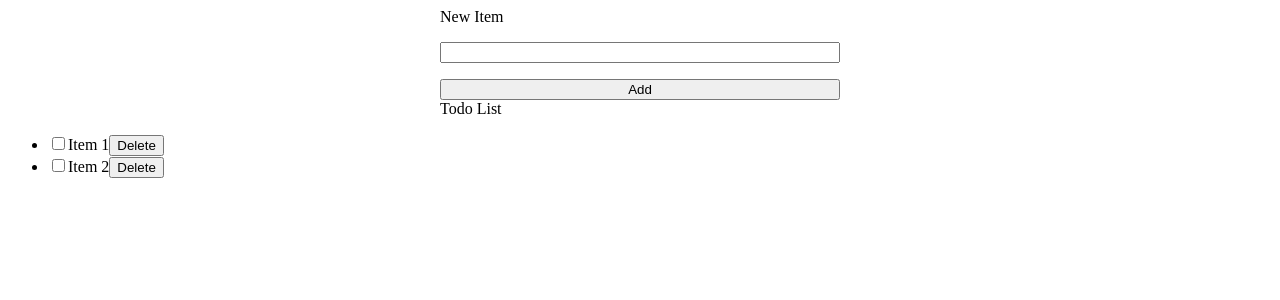
Repository: emmanuel2011-program/react-to-do-list
Page: /
An editor plug-in stored every save of this project. The page is shown before and after the next save, followed by the edit.
The browser window is 1280 px wide. The pictures show the whole page.
The project was rebuilt for these pictures with package versions that can differ from the ones it lists, and the page was loaded fresh each time. Also part of the build but not shown: vite.config.js.

Above is the page before, as saved 2025-11-03 09:56:41.

After the next save:
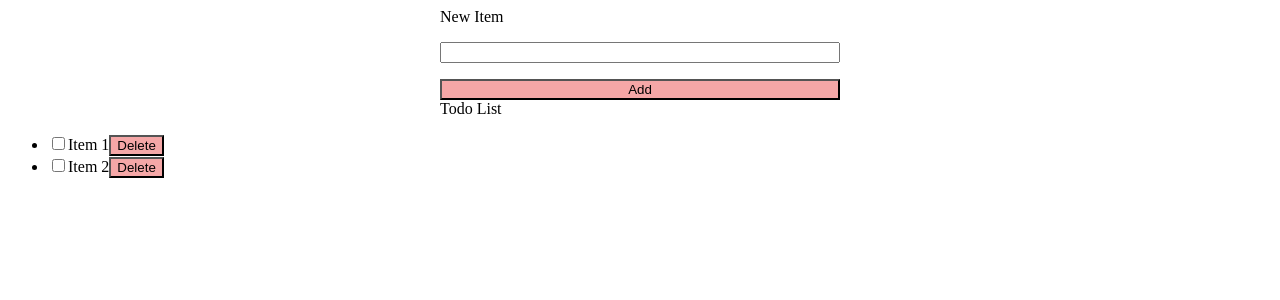
Saved 7 s later.
--- a/src/styles.css
+++ b/src/styles.css
@@ -7,7 +7,7 @@
   margin: 0 auto;
 }
 
-.button {
+button {
     background-color: rgb(245, 167, 167);
 }
 

After the save that followed:
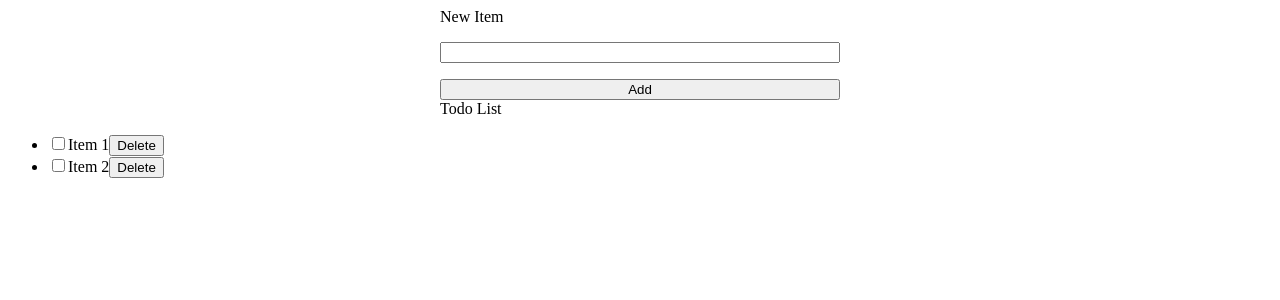
Saved 20 s later.
--- a/src/styles.css
+++ b/src/styles.css
@@ -7,7 +7,7 @@
   margin: 0 auto;
 }
 
-button {
+button .  {
     background-color: rgb(245, 167, 167);
 }
 
